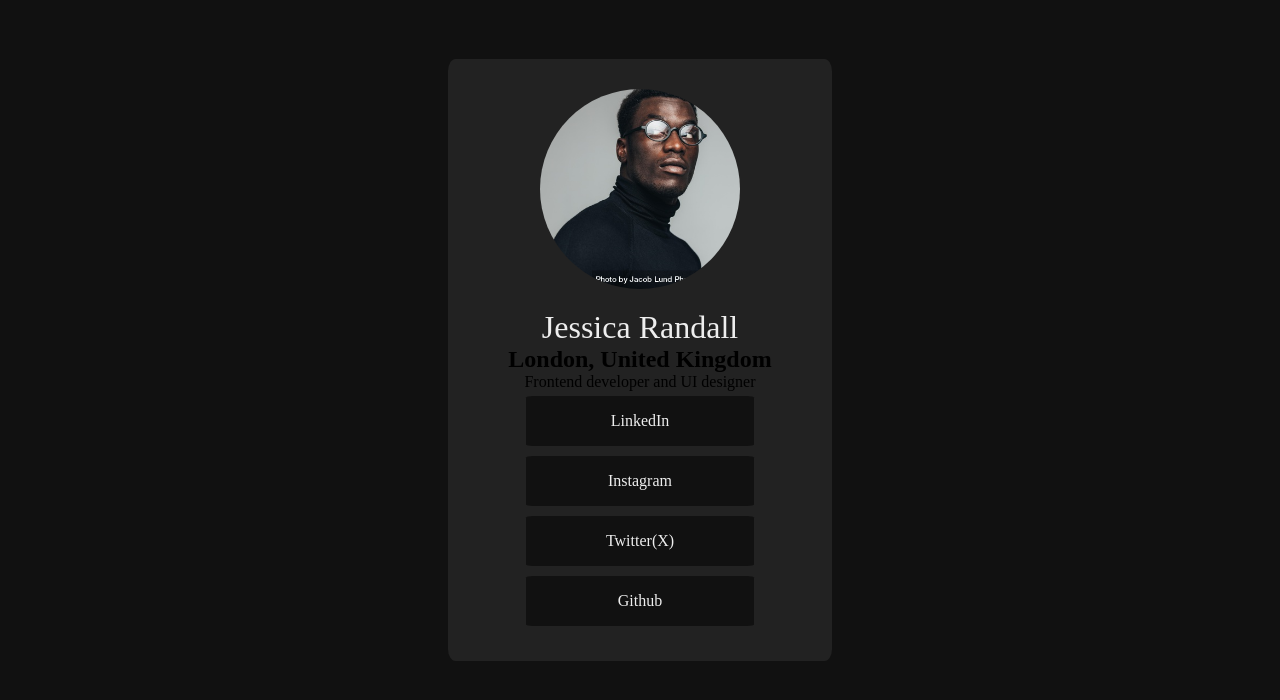
Repository: russel-success/Xcode-TASK-1
Page: index.html
An editor plug-in stored every save of this project. The page is shown before and after the next save, followed by the edit.
The browser window is 1280 px wide. The pictures show the whole page.

Above is the page before, as saved 2024-04-29 01:19:02.

### index.html
<!DOCTYPE html>
<html lang="en">
<head>
    <meta charset="UTF-8">
    <meta name="viewport" content="width=device-width, initial-scale=1.0">
    <title>Profile Card</title>
    <link rel="stylesheet" href="styles/styles.css">
</head>
<body>
    <div class="container">
        <div class="profile-container flex">
           <img src="assets/np_Man staring away on gray background_0VPZY4_free.jpg" alt="" class="profile-image">
            <h1>Jessica Randall</h1>
            <h2>London, United Kingdom</h2>
            <p>Frontend developer and UI designer</p>
            <div class="socials">
                <text>LinkedIn</text>
            </div>
            <div class="socials">
                <text>Instagram</text>
            </div>
            <div class="socials">
                <text>Twitter(X)</text>
            </div>
            <div class="socials">
                <text>Github</text>
            </div>
        </div>
    </div>
</body>
</html>

### styles/styles.css
*{
    padding:0;
    margin:0;
}
.container{
    width:100%;
    height:100vh;
    background-color:#111;
    display:flex;
    align-items:center;
    justify-content: center;
}
.profile-container{
    background-color:#222;
    width:30%;
    background-size: contain;
    box-sizing:border-box;
    display:flex;
    flex-direction: column;
    align-items:center;
    justify-content: center;
    padding: 30px 50px;
    border-radius:2%;
}
.profile-image{
    object-fit:cover;
    width:200px;
    height:200px;
    border-radius:100px;
    margin-bottom:20px;
}
h1{
    color:#eee;
    font-family:poppins;
    font-weight:400;
}
h2{

}
.socials{
    width:80%;
    height:50px;
    background:#111;
    margin:5px 0;
    text-align:center;
    align-content: center;
    color:#eee;
    font-family: poppins;
    font-weight:100;
    border-radius: 3%;
}

After the next save:
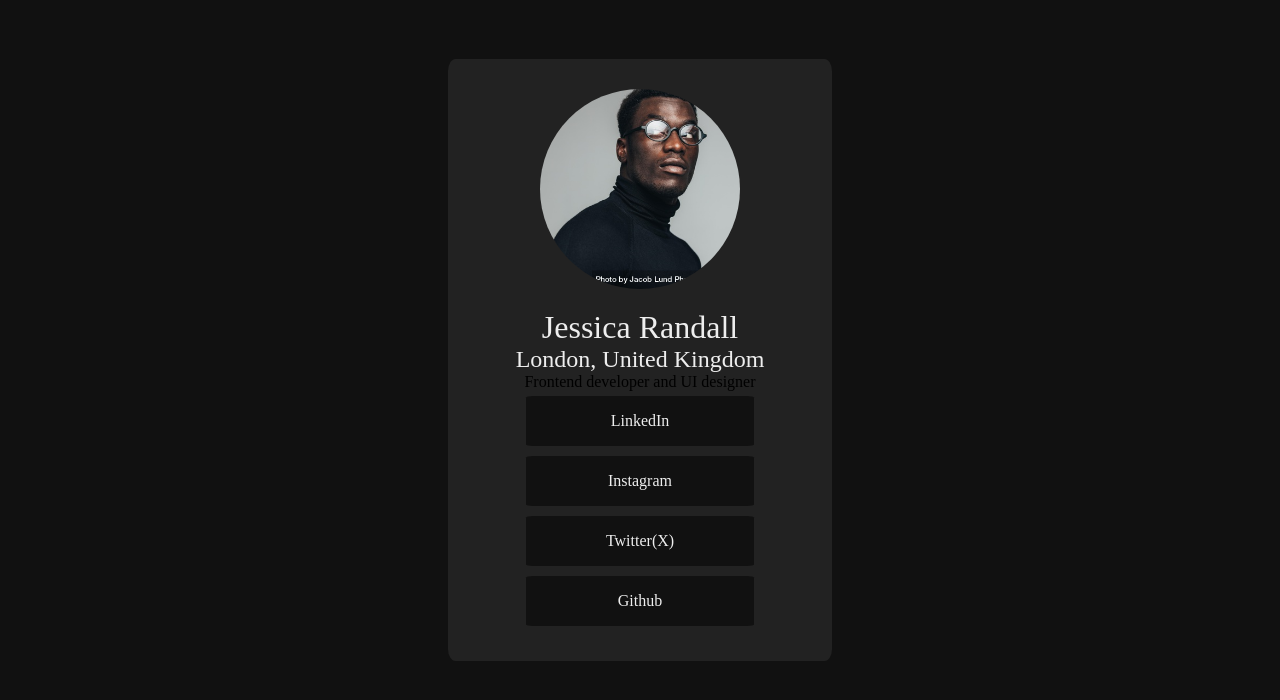
Saved 5 s later.
--- a/styles/styles.css
+++ b/styles/styles.css
@@ -35,7 +35,9 @@
     font-weight:400;
 }
 h2{
-
+    color:#eee;
+    font-family:poppins;
+    font-weight:400;
 }
 .socials{
     width:80%;
